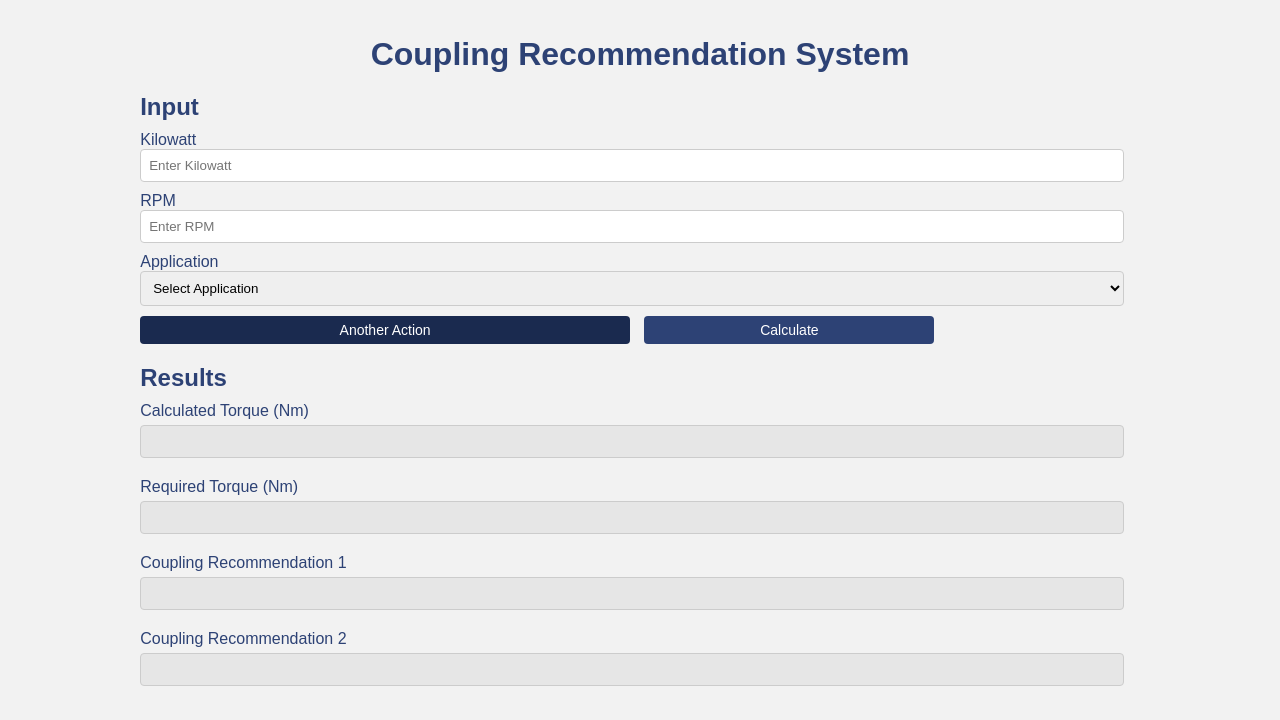
Repository: JustinSadie/calculator
Page: newIndex.html
These files come from the project's save history. The page is drawn as it stood at one moment and after the next save; the edit follows.
The browser window is 1280 px wide. The pictures show the whole page.

Above is the page before, as saved 2024-08-25 15:44:47.

After the next save:
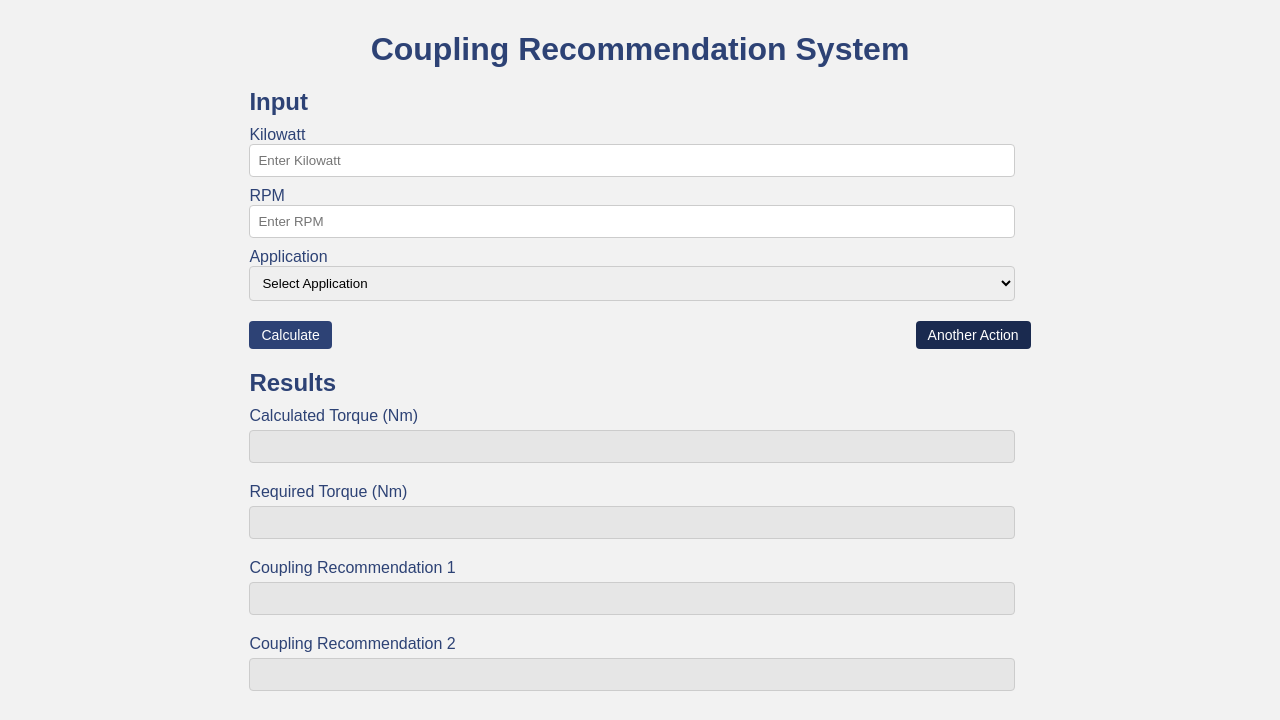
Saved 2 min 23 s later.
--- a/newIndex.html
+++ b/newIndex.html
@@ -53,8 +53,10 @@
           style="display: none"
         />
 
-        <button class="additional">Another Action</button>
-        <button onclick="displayResults()">Calculate</button>
+        <div class="button-container">
+          <button onclick="displayResults()">Calculate</button>
+          <button class="additional">Another Action</button>
+        </div>
       </div>
 
       <div class="output-section">
--- a/newCSS.css
+++ b/newCSS.css
@@ -48,37 +48,36 @@ select {
   box-sizing: border-box;
 }
 
+/* Container for buttons */
+.button-container {
+  display: flex;
+  justify-content: space-between; /* Space between the buttons */
+  margin-top: 10px;
+}
+
 button {
-  padding: 6px 10px;
+  padding: 6px 12px; /* Adjust padding if needed */
   background-color: #2d4275;
   color: #ffffff;
   border: none;
   border-radius: 4px;
   cursor: pointer;
-  font-size: 14px; /* Adjust button font size */
-  width: calc(30% - 10px); /* Adjust width for smaller button */
-  margin-right: 10px; /* Add space between buttons */
+  font-size: 14px;
 }
 
 button:hover {
   background-color: #1a2a4f;
 }
 
-/* Add styling for additional button */
+/* Additional button styling */
 button.additional {
-  padding: 6px 10px;
   background-color: #1a2a4f;
-  color: #ffffff;
-  border: none;
-  border-radius: 4px;
-  cursor: pointer;
-  font-size: 14px;
-  width: calc(50% - 10px); /* Same size as the primary button */
 }
 
 button.additional:hover {
   background-color: #0d1a3b;
 }
+
 
 /* Output section styling */
 .output-section {
